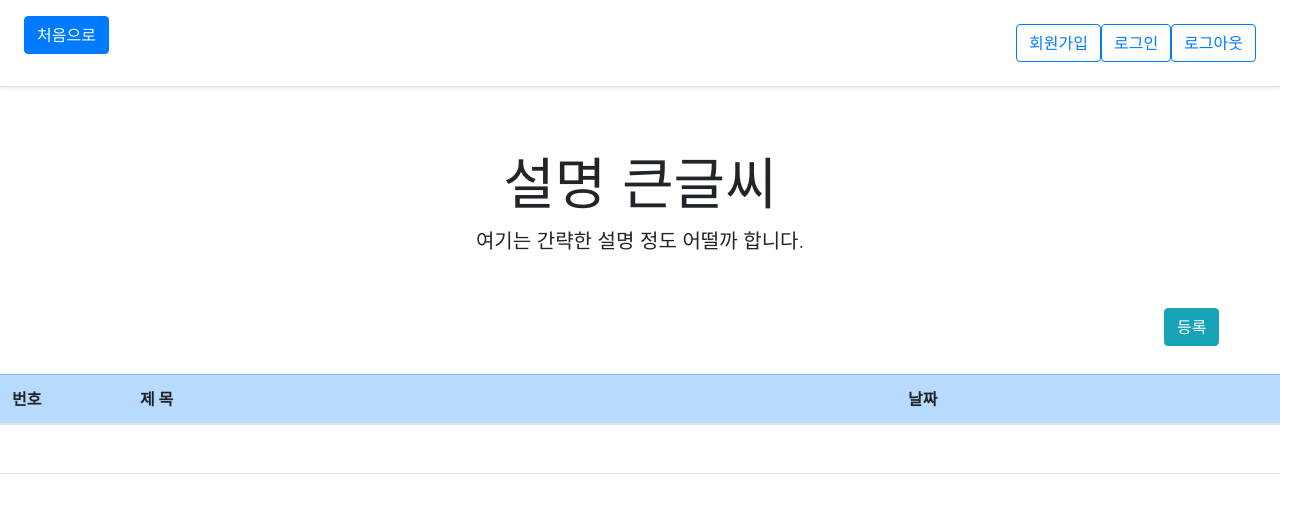
Repository: SettingRhino/innogleantmanager
Page: http://localhost/antmanager/WEB-INF/views/diary.jsp
These files come from the project's save history. The page is drawn as it stood at one moment and after the next save; the edit follows.
The browser window is 1280 px wide. The page is 1280 px wide, then 1295 px, so the pictures cover 1295 px, including what lies to the right of the window. The pictures show the whole page.
The page is served by Tomcat 9. Nobody is signed in. Other server files are loaded and not shown. The template is opened directly, without the code that normally fills it, so the values that code supplies are empty.

Above is the page before, as saved 2020-06-09 02:33:35.

### antmanager/src/main/webapp/WEB-INF/views/diary.jsp
<%@ page language="java" contentType="text/html; charset=UTF-8"
	pageEncoding="UTF-8"%>
<%@ taglib uri="http://java.sun.com/jsp/jstl/core" prefix="c"%>

<!doctype html>
<html>
<head>
<meta charset="utf-8">
<meta name="viewport"
	content="width=device-width, initial-scale=1, shrink-to-fit=no">
<meta name="description" content="">
<meta name="author"
	content="Mark Otto, Jacob Thornton, and Bootstrap contributors">
<meta name="generator" content="Jekyll v4.0.1">
<title>Pricing example · Bootstrap</title>

<link rel="canonical"
	href="https://getbootstrap.com/docs/4.5/examples/pricing/">

<link rel="stylesheet"
	href="https://stackpath.bootstrapcdn.com/bootstrap/4.4.1/css/bootstrap.min.css"
	integrity="sha384-Vkoo8x4CGsO3+Hhxv8T/Q5PaXtkKtu6ug5TOeNV6gBiFeWPGFN9MuhOf23Q9Ifjh"
	crossorigin="anonymous">

<style>
.bd-placeholder-img {
	font-size: 1.125rem;
	text-anchor: middle;
	-webkit-user-select: none;
	-moz-user-select: none;
	-ms-user-select: none;
	user-select: none;
}

@media ( min-width : 768px) {
	.bd-placeholder-img-lg {
		font-size: 3.5rem;
	}
}
</style>
<!-- Custom styles for this template -->

<link href="<c:url value="/resources/css/pricing.css"/>"
	rel="stylesheet">
</head>
<body>
	<div
		class="d-flex flex-column flex-md-row align-items-center p-3 px-md-4 mb-3 bg-white border-bottom shadow-sm">
		<h5 class="my-0 mr-md-auto font-weight-normal">
			<p align="center">
				<a href="<c:url value="/"/>" class="btn btn-primary" role="button">처음으로</a>
			</p>
		</h5>
		<nav class="my-2 my-md-0 mr-md-3"></nav>

		<a class="btn btn-outline-primary"href="<c:url value="/user/signup"/>">회원가입</a>
		<a class="btn btn-outline-primary" href="<c:url value="/login"/>">로그인</a>
		<a class="btn btn-outline-primary" href="<c:url value="/logout"/>">로그아웃</a>
	</div>

	<div
		class="pricing-header px-3 py-3 pt-md-5 pb-md-4 mx-auto text-center">
		<h1 class="display-4">설명 큰글씨</h1>
		<p class="lead">여기는 간략한 설명 정도 어떨까 합니다.</p>
	</div>
	<table class="table table-borderless">
    <thead>
      <tr>
				<th style="width: 10%"></th>
				<th style="width: 60%"></th>
				<th style="width: 20%"></th>
				<th style="width: 10%"><a href="<c:url value="/diary/edit"/>" class="btn btn-info" role="button">등록</a></th>
			</tr>
    </thead>
    </table>
	<table class="table">
		<thead>
			<tr class="table-primary">
				<th style="width: 10%">번호</th>
				<th style="width: 60%">제 목</th>
				<th style="width: 20%">날짜</th>
				<th style="width: 10%"></th>
			</tr>
		</thead>

		<tbody>
			<c:forEach var="diary" items="${diarys}">
				<tr>
					<td>${diary.id}</td>
					<td><a
						href="<c:url value="/diary/viewItem?user=${diary.user}&id=${diary.id}"/>">${diary.title}</a></td>
					<td>${diary.date}</td>
					<td><a href="<c:url value="/diary/delete?id=${diary.id}"/>"
						class="btn btn-info" role="button">삭제</a></td>
				</tr>
			</c:forEach>
		</tbody>
	</table>
	<footer class="pt-4 my-md-5 pt-md-5 border-top"> </footer>

</body>
</html>

### antmanager/src/main/webapp/resources/css/pricing.css
@charset "UTF-8";
html {
  font-size: 14px;
}
@media (min-width: 768px) {
  html {
    font-size: 16px;
  }
}

.container {
  max-width: 960px;
}

.pricing-header {
  max-width: 700px;
}

.card-deck .card {
  min-width: 220px;
}

After the next save:
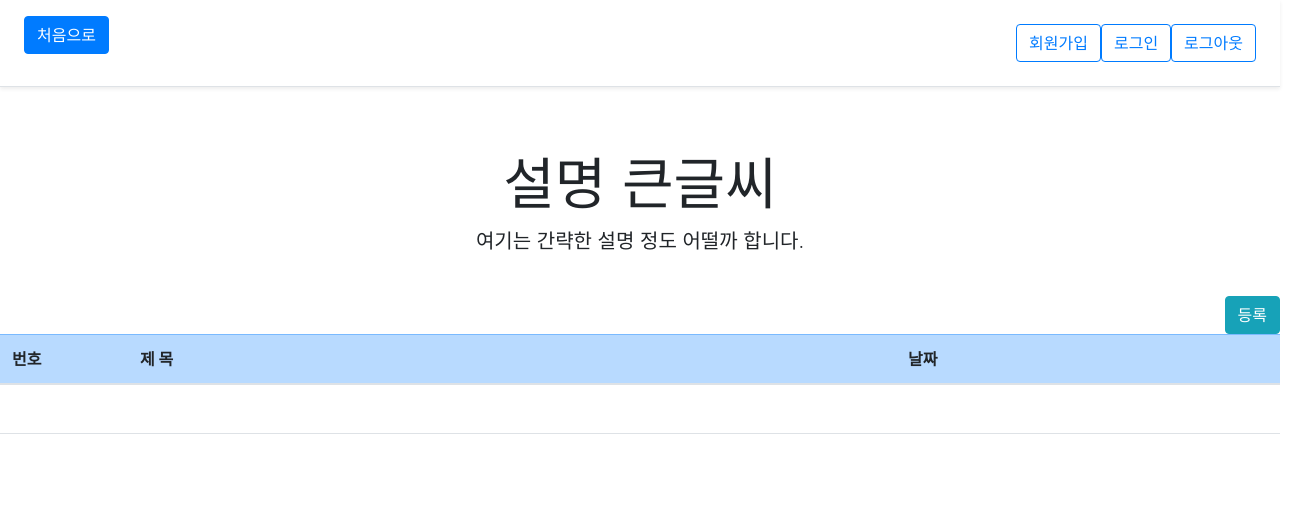
Saved 45 s later.
--- a/antmanager/src/main/webapp/WEB-INF/views/diary.jsp
+++ b/antmanager/src/main/webapp/WEB-INF/views/diary.jsp
@@ -63,16 +63,13 @@
 		<h1 class="display-4">설명 큰글씨</h1>
 		<p class="lead">여기는 간략한 설명 정도 어떨까 합니다.</p>
 	</div>
-	<table class="table table-borderless">
-    <thead>
-      <tr>
-				<th style="width: 10%"></th>
-				<th style="width: 60%"></th>
-				<th style="width: 20%"></th>
-				<th style="width: 10%"><a href="<c:url value="/diary/edit"/>" class="btn btn-info" role="button">등록</a></th>
-			</tr>
-    </thead>
-    </table>
+	<div class="row">
+		<div class="col-lg-4"></div>
+		<div class="col-lg-4"></div>
+		<div class="col-lg-4" align="right">
+			<a href="<c:url value="/diary/edit"/>" class="btn btn-info" role="button">등록</a>
+		</div>
+	</div>
 	<table class="table">
 		<thead>
 			<tr class="table-primary">
